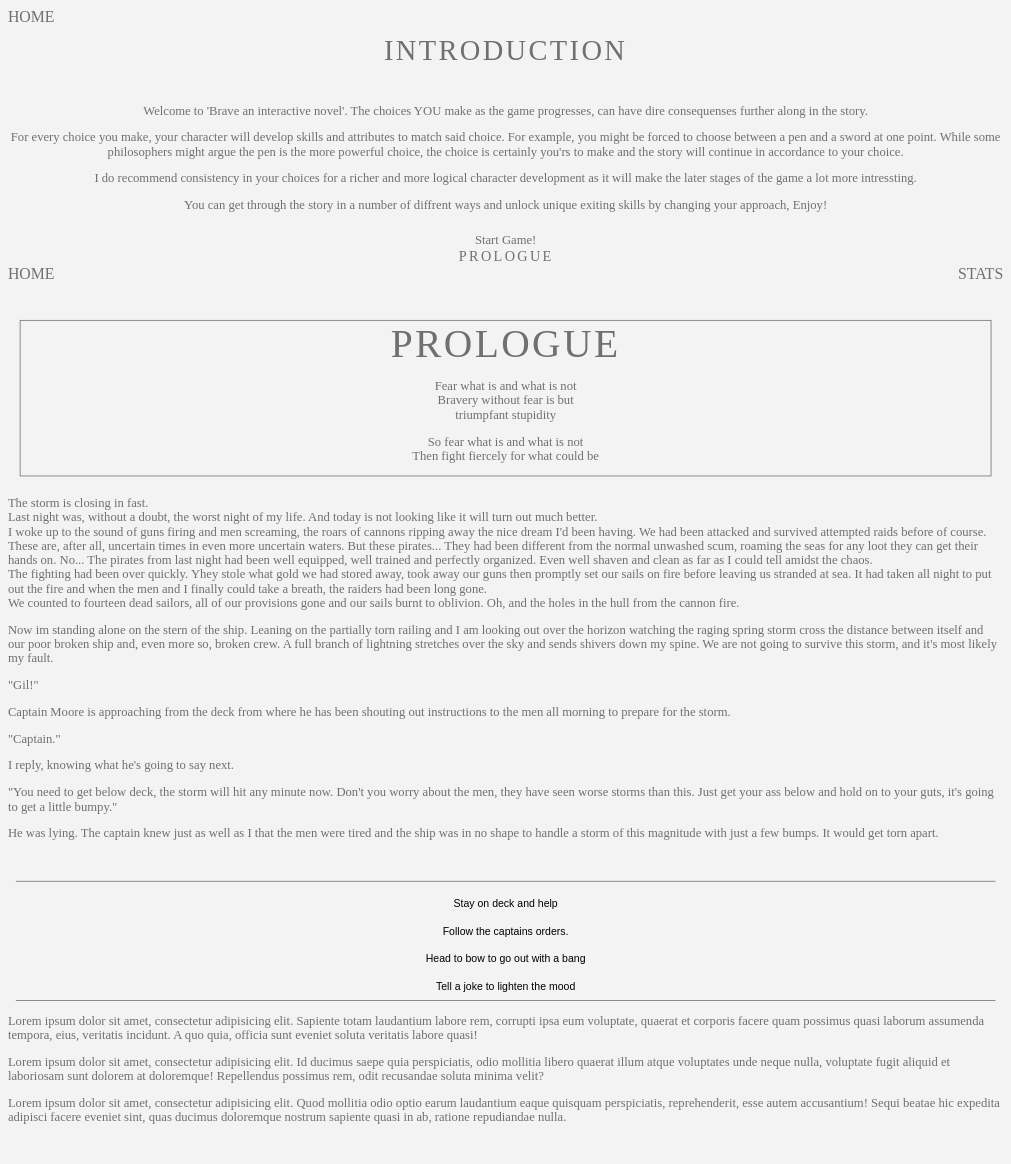
Repository: Pontushol/Brave-An-Interactive-Novel
Page: intro.html
The author's editor kept a record of every edit. The page is drawn from the files as they stood at one moment, then again after the next edit.
The browser window is 1280 px wide. The pictures show the whole page, at 79% of full size.
Some web libraries are served in a nearby version.

Above is the page before.

After the next edit:
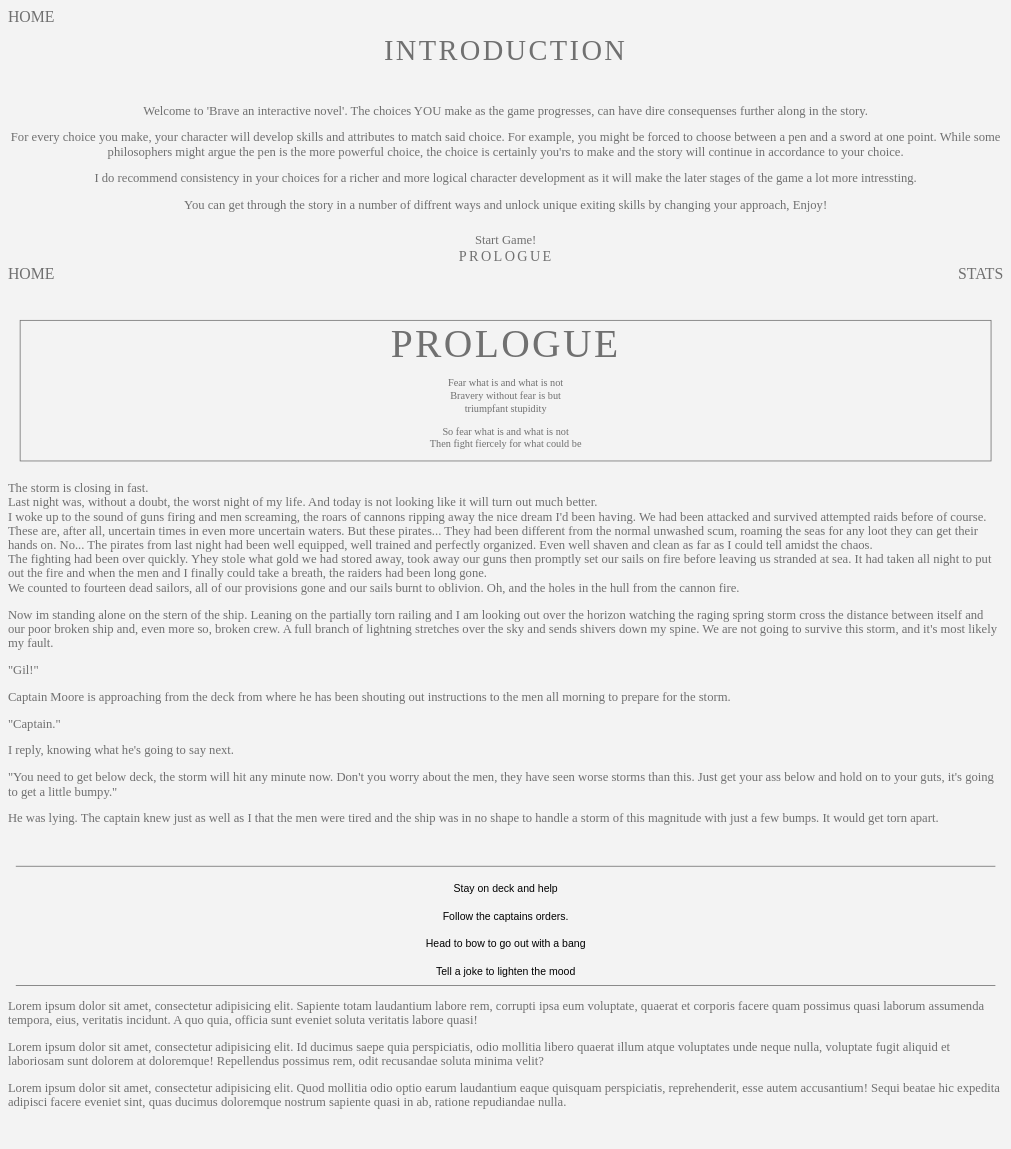
The edit:
--- a/assets/css/main.css
+++ b/assets/css/main.css
@@ -68,6 +68,14 @@
 }
 
 /*-------------------Home Screen------------------------*/
+
+header p {
+    font-size: 13px;
+}
+
+#home-title {
+    margin-bottom: 0;
+}
 
 #return-btn-index {
     display: flex;
